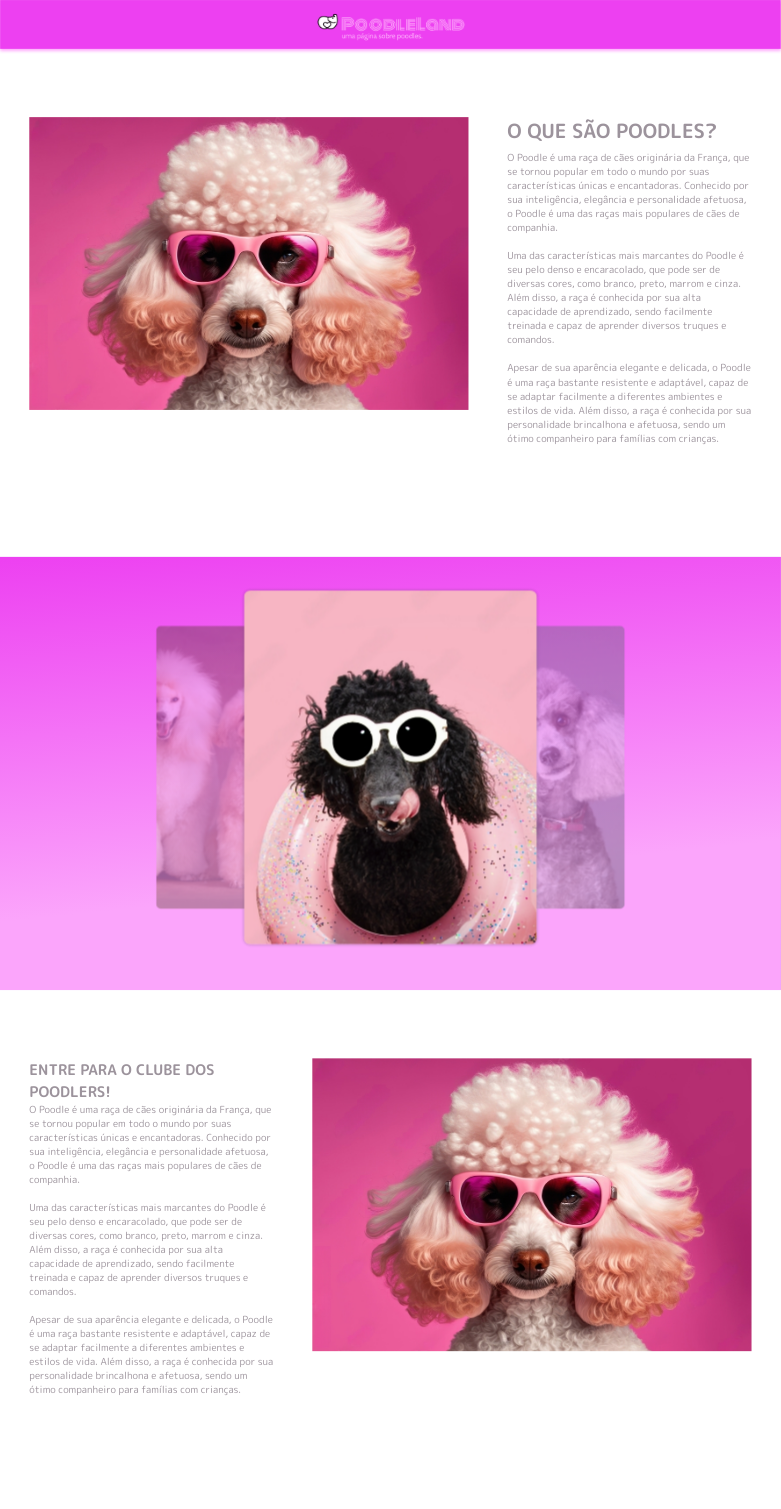
Repository: vinibalt/PoodleLand
Page: poddlelandia.html
The author's editor kept a copy of each file at every save. The page is drawn from the files as they stood at one save, then again after a run of saves.
The browser window is 1280 px wide. The pictures show the whole page, at 61% of full size.

Above is the page before, as saved 2023-05-12 21:57:03.

After the next 2 saves:
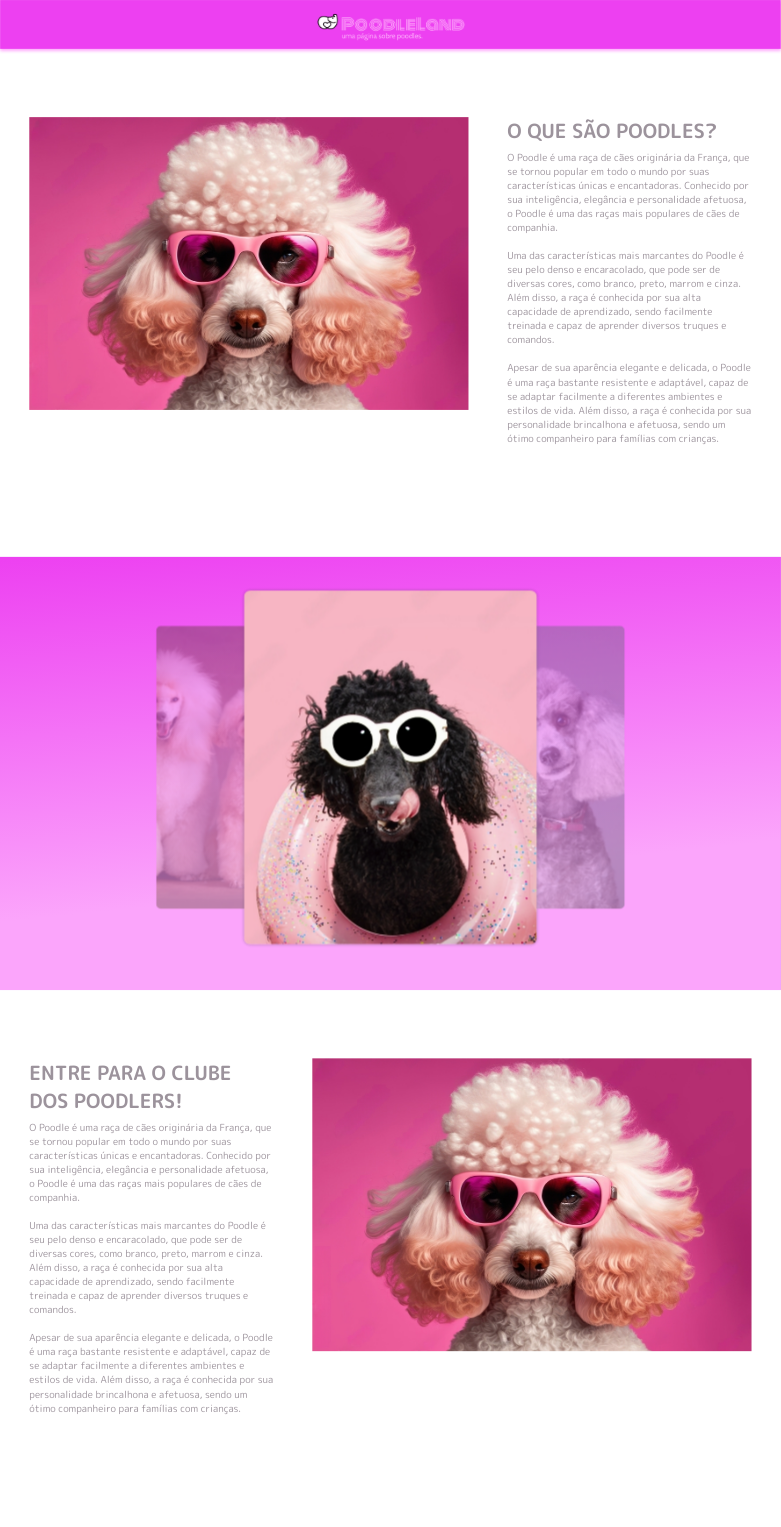
The 2 saves are shown as one change because they came seconds apart.
The last was saved 39 s later.
--- a/assets/css/styles.css
+++ b/assets/css/styles.css
@@ -57,6 +57,13 @@ body {
  padding-bottom: .5rem;
 }
 
+.text-two > h1 {
+    font-size: 32px;
+    font-weight: 700;
+
+    padding-bottom: .5rem;
+   }
+
 .text-one > p {
     font-size: 16px;
     font-weight: 400;
